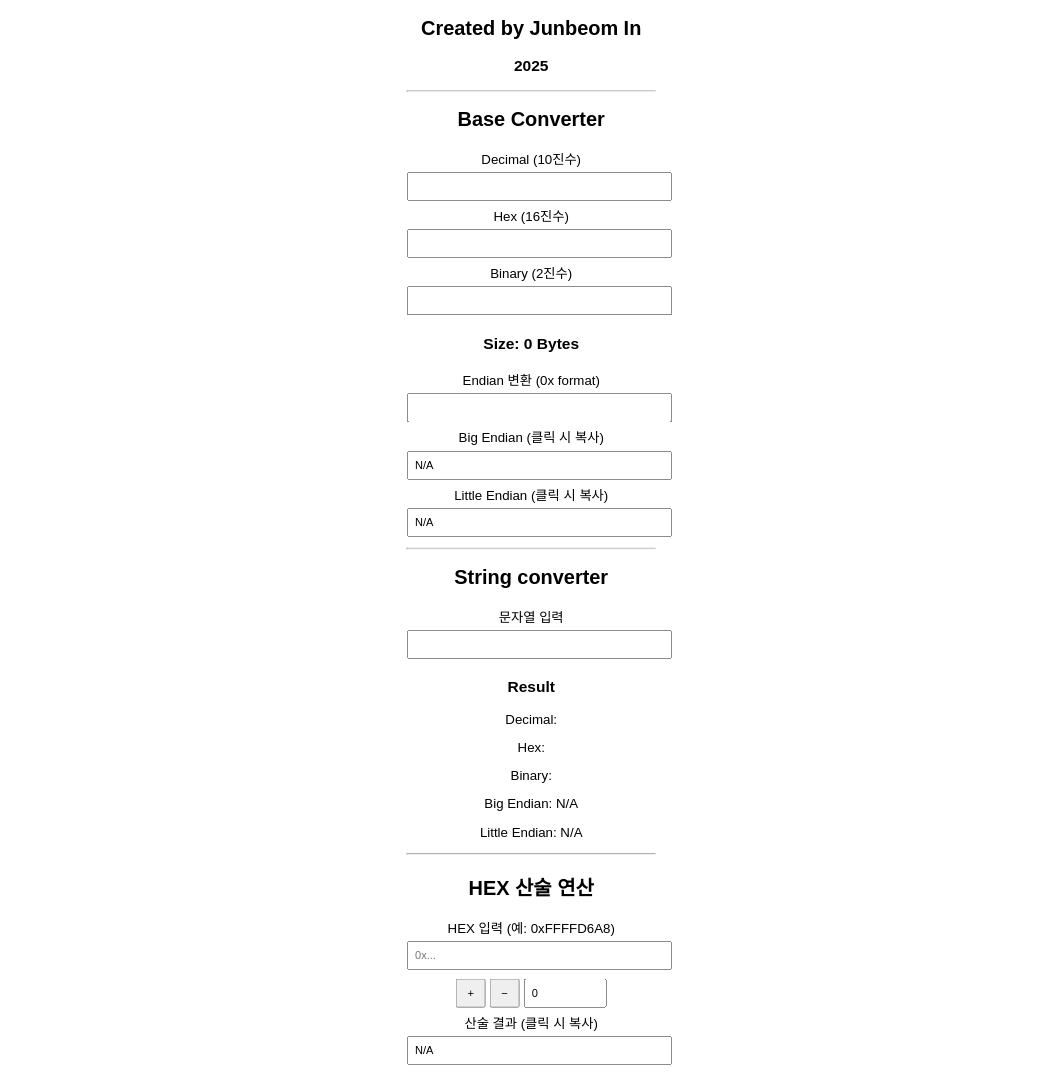
Repository: junbeom-in/junbeom-in.github.io
Page: tool/hex_converter.html
The author's editor kept a copy of each file at every save. The page is drawn from the files as they stood at one save, then again after the next save.
The browser window is 1280 px wide. The pictures show the whole page, at 83% of full size.

Above is the page before, as saved 2025-02-26 17:30:08.

### tool/hex_converter.html
<!DOCTYPE html>
<html lang="ko">
<head>
  <meta charset="UTF-8">
  <meta name="viewport" content="width=device-width, initial-scale=1.0">
  <title>Converter</title>
  <style>
    body { font-family: Arial, sans-serif; text-align: center; }
    .container { max-width: 300px; margin: auto; }
    input { width: 100%; padding: 8px; margin: 5px 0; }
    .arithmetic { display: flex; justify-content: center; align-items: center; gap: 5px; }
    .arithmetic input[type="number"] { width: 80px; }
    .arithmetic button { padding: 8px 12px; }
    .copy-box { cursor: pointer; }
  </style>
</head>
<body>
  <h2>Created by Junbeom In</h2>
  <h3>2025</h3>

  <div class="container">
    <hr>
    <h2>Base Converter</h2>
    <label>Decimal (10진수)</label>
    <input type="text" id="decimal" oninput="convertFromDecimal()">

    <label>Hex (16진수)</label>
    <input type="text" id="hex" oninput="convertFromHex()">

    <label>Binary (2진수)</label>
    <input type="text" id="binary" oninput="convertFromBinary()">

    <h3>Size: <span id="size">0</span> Bytes</h3>

    <label>Endian 변환 (0x format)</label>
    <input type="text" id="endianInput" oninput="convertEndian()">

    <!-- Endian 결과를 읽기 전용 텍스트박스로 표시, 클릭 시 복사 -->
    <label>Big Endian (클릭 시 복사)</label>
    <input type="text" id="bigEndian" class="copy-box" value="N/A" readonly onclick="copyToClipboard(this)">

    <label>Little Endian (클릭 시 복사)</label>
    <input type="text" id="littleEndian" class="copy-box" value="N/A" readonly onclick="copyToClipboard(this)">

    <hr>
    <h2>String converter</h2>
    <!-- 문자열 변환 섹션 -->
    <label>문자열 입력</label>
    <input type="text" id="stringInput" oninput="convertFromString()">

    <h3>Result</h3>
    <p>Decimal: <span id="stringDecimal"></span></p>
    <p>Hex: <span id="stringHex"></span></p>
    <p>Binary: <span id="stringBinary"></span></p>
    <p>Big Endian: <span id="stringBigEndian">N/A</span></p>
    <p>Little Endian: <span id="stringLittleEndian">N/A</span></p>

    <hr>
    <h2>HEX 산술 연산</h2>
    <!-- HEX 산술 연산 섹션 -->
    <label>HEX 입력 (예: 0xFFFFD6A8)</label>
    <input type="text" id="hexArithmetic" placeholder="0x..." oninput="performArithmetic()">
    <div class="arithmetic">
      <button onclick="arithmeticOperation('add')">+</button>
      <button onclick="arithmeticOperation('subtract')">−</button>
      <input type="number" id="arithmeticNumber" value="0" oninput="performArithmetic()">
    </div>
    <!-- 산술 결과도 읽기 전용 텍스트박스로 표시, 클릭 시 복사 -->
    <label>산술 결과 (클릭 시 복사)</label>
    <input type="text" id="arithmeticResult" class="copy-box" value="N/A" readonly onclick="copyToClipboard(this)">
  </div>

  <script>
    function updateSize(value) {
      let byteSize = Math.ceil((Math.log2(value + 1) / 8));
      document.getElementById("size").innerText = isNaN(byteSize) ? 0 : byteSize;
    }

    function convertFromDecimal() {
      let dec = parseInt(document.getElementById("decimal").value, 10);
      if (!isNaN(dec)) {
        document.getElementById("hex").value = dec.toString(16).toUpperCase();
        document.getElementById("binary").value = dec.toString(2);
        updateSize(dec);
      }
    }

    function convertFromHex() {
      let hex = document.getElementById("hex").value;
      let dec = parseInt(hex, 16);
      if (!isNaN(dec)) {
        document.getElementById("decimal").value = dec;
        document.getElementById("binary").value = dec.toString(2);
        updateSize(dec);
      }
    }

    function convertFromBinary() {
      let bin = document.getElementById("binary").value;
      let dec = parseInt(bin, 2);
      if (!isNaN(dec)) {
        document.getElementById("decimal").value = dec;
        document.getElementById("hex").value = dec.toString(16).toUpperCase();
        updateSize(dec);
      }
    }

    function convertEndian() {
      let hexInput = document.getElementById("endianInput").value.trim();

      // "0x"로 시작하는지 확인하고, 길이가 적어도 3 이상인지 검사 (예: "0x8")
      if (!hexInput.startsWith("0x") || hexInput.length < 3) {
        document.getElementById("bigEndian").value = "N/A";
        document.getElementById("littleEndian").value = "N/A";
        return;
      }

      let hexValue = hexInput.substring(2); // "0x" 제거

      // 홀수 길이 처리 (앞에 '0' 추가)
      if (hexValue.length % 2 !== 0) {
        hexValue = "0" + hexValue;
      }

      let bytes = hexValue.match(/.{2}/g); // 2자리씩 나눔

      if (!bytes) return;

      let bigEndian = "\\x" + bytes.join("\\x");
      let littleEndian = "\\x" + bytes.slice().reverse().join("\\x");

      document.getElementById("bigEndian").value = bigEndian;
      document.getElementById("littleEndian").value = littleEndian;
    }

    // 문자열 변환 기능 (자동으로 각 문자의 Decimal, Hex, Binary와 Endian 변환도 수행)
    function convertFromString() {
      let str = document.getElementById("stringInput").value;
      let decArr = [];
      let hexArr = [];
      let binArr = [];

      for (let i = 0; i < str.length; i++) {
        let code = str.charCodeAt(i);
        decArr.push(code);
        // 16진수는 두 자리씩(필요시 0 패딩)
        let hexCode = code.toString(16).toUpperCase().padStart(2, '0');
        hexArr.push(hexCode);
        binArr.push(code.toString(2).padStart(8, '0'));
      }

      document.getElementById("stringDecimal").innerText = decArr.join(" ");
      document.getElementById("stringHex").innerText = hexArr.join(" ");
      document.getElementById("stringBinary").innerText = binArr.join(" ");

      // 문자열 전체의 Hex값을 이용해 Endian 변환 수행
      if(hexArr.length > 0) {
        let bigEndian = "\\x" + hexArr.join("\\x");
        let littleEndian = "\\x" + hexArr.slice().reverse().join("\\x");
        document.getElementById("stringBigEndian").innerText = bigEndian;
        document.getElementById("stringLittleEndian").innerText = littleEndian;
      } else {
        document.getElementById("stringBigEndian").innerText = "N/A";
        document.getElementById("stringLittleEndian").innerText = "N/A";
      }
    }

    // 산술 연산에 사용할 마지막 연산자 (초기값은 덧셈)
    let lastOp = 'add';

    // + 또는 - 버튼 클릭 시 호출되는 함수
    function arithmeticOperation(operation) {
      lastOp = operation;
      performArithmetic();
    }

    // HEX 산술 연산 수행: HEX 입력값에 숫자를 덧셈 또는 뺄셈 후 결과를 HEX로 표시
    function performArithmetic() {
      let hexInput = document.getElementById("hexArithmetic").value.trim();
      let numInput = parseInt(document.getElementById("arithmeticNumber").value, 10);

      if (!hexInput.startsWith("0x") || hexInput.length < 3 || isNaN(numInput)) {
        document.getElementById("arithmeticResult").value = "N/A";
        return;
      }

      let hexValStr = hexInput.substring(2);
      // 홀수 길이인 경우 앞에 0을 추가하여 처리
      if (hexValStr.length % 2 !== 0) {
        hexValStr = "0" + hexValStr;
      }

      let decValue = parseInt(hexValStr, 16);
      if (isNaN(decValue)) {
        document.getElementById("arithmeticResult").value = "N/A";
        return;
      }

      let resultDec = (lastOp === 'subtract') ? decValue - numInput : decValue + numInput;

      // 음수일 경우 처리 (필요시 음수 표기)
      let resultHex = (resultDec < 0 ? "-0x" : "0x") + Math.abs(resultDec).toString(16).toUpperCase();
      document.getElementById("arithmeticResult").value = resultHex;
    }

    // 텍스트박스 클릭 시 내용 복사 함수
    function copyToClipboard(element) {
      navigator.clipboard.writeText(element.value)
        .then(() => {
          // 복사 후 간단한 피드백(예: 콘솔 메시지)
          console.log("클립보드에 복사됨: " + element.value);
        })
        .catch(err => {
          console.error("복사 실패: ", err);
        });
    }
  </script>
</body>
</html>

After the next save:
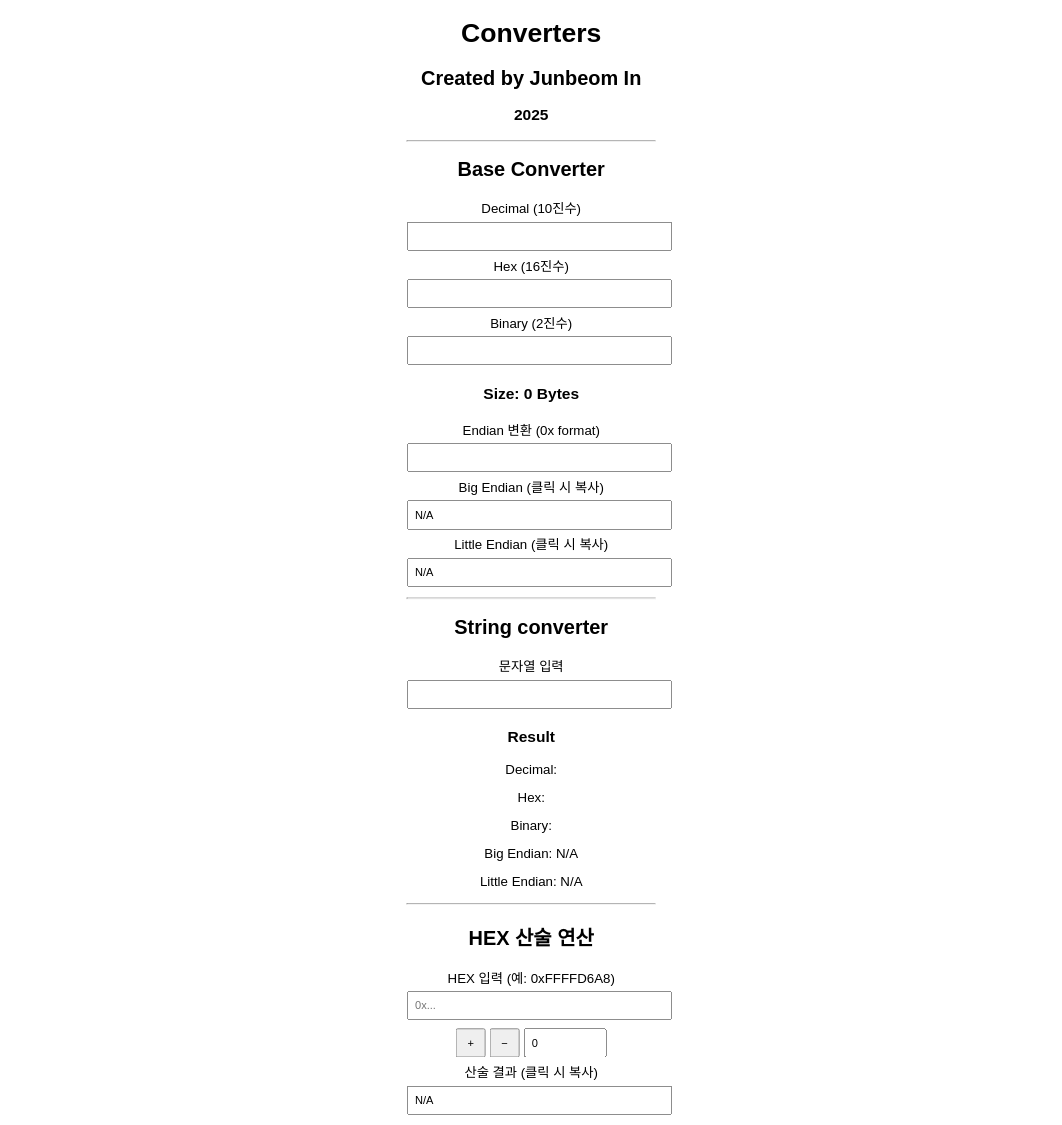
Saved 36 min 13 s later.
--- a/tool/hex_converter.html
+++ b/tool/hex_converter.html
@@ -15,6 +15,7 @@
   </style>
 </head>
 <body>
+    <h1>Converters</h1>
   <h2>Created by Junbeom In</h2>
   <h3>2025</h3>
 
